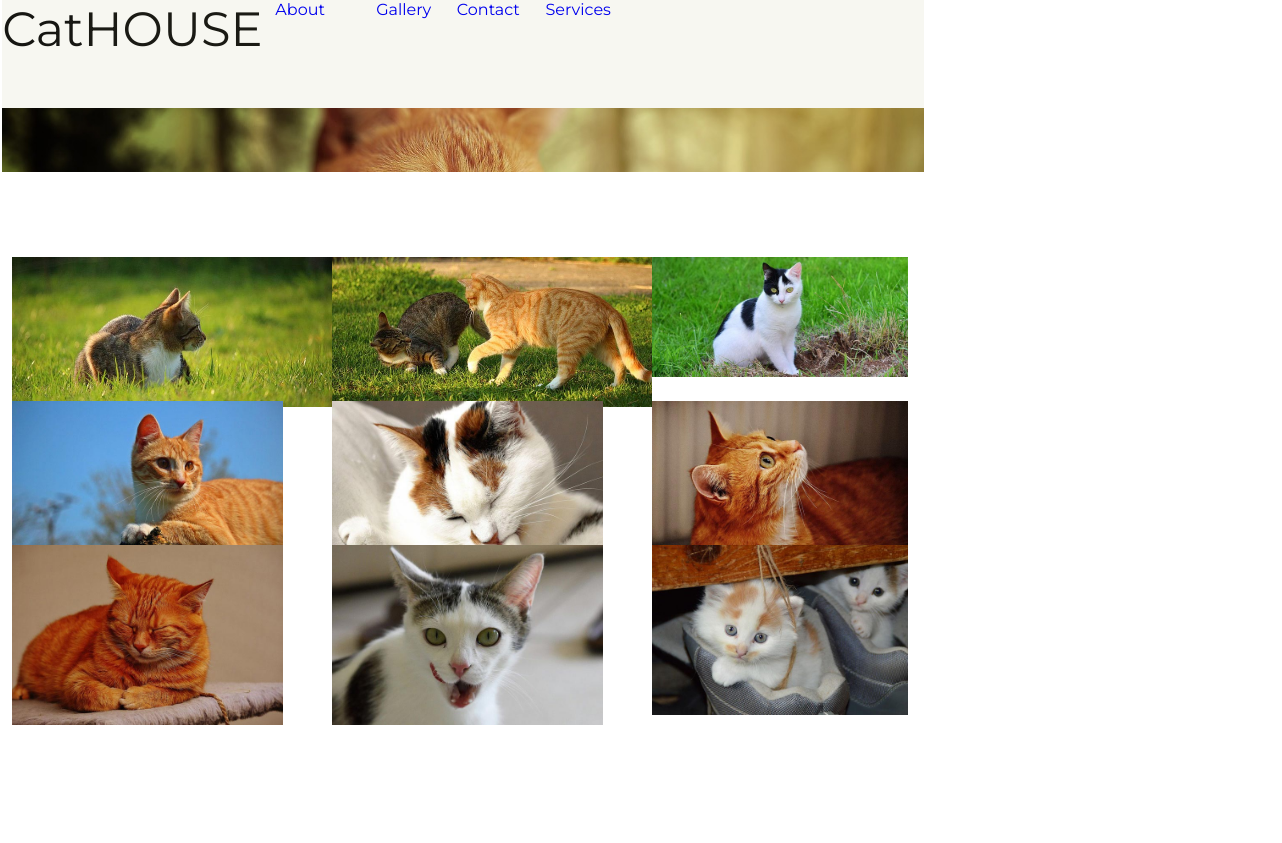
Repository: raul4264/final
Page: Gallery.html
An editor plug-in stored every save of this project. The page is shown before and after the next save, followed by the edit.
The browser window is 1280 px wide. The page is 1280 px wide, then 1282 px, so the pictures cover 1282 px, including what lies to the right of the window. The pictures show the whole page.

Above is the page before, as saved 2021-03-22 14:08:11.

After the next save:
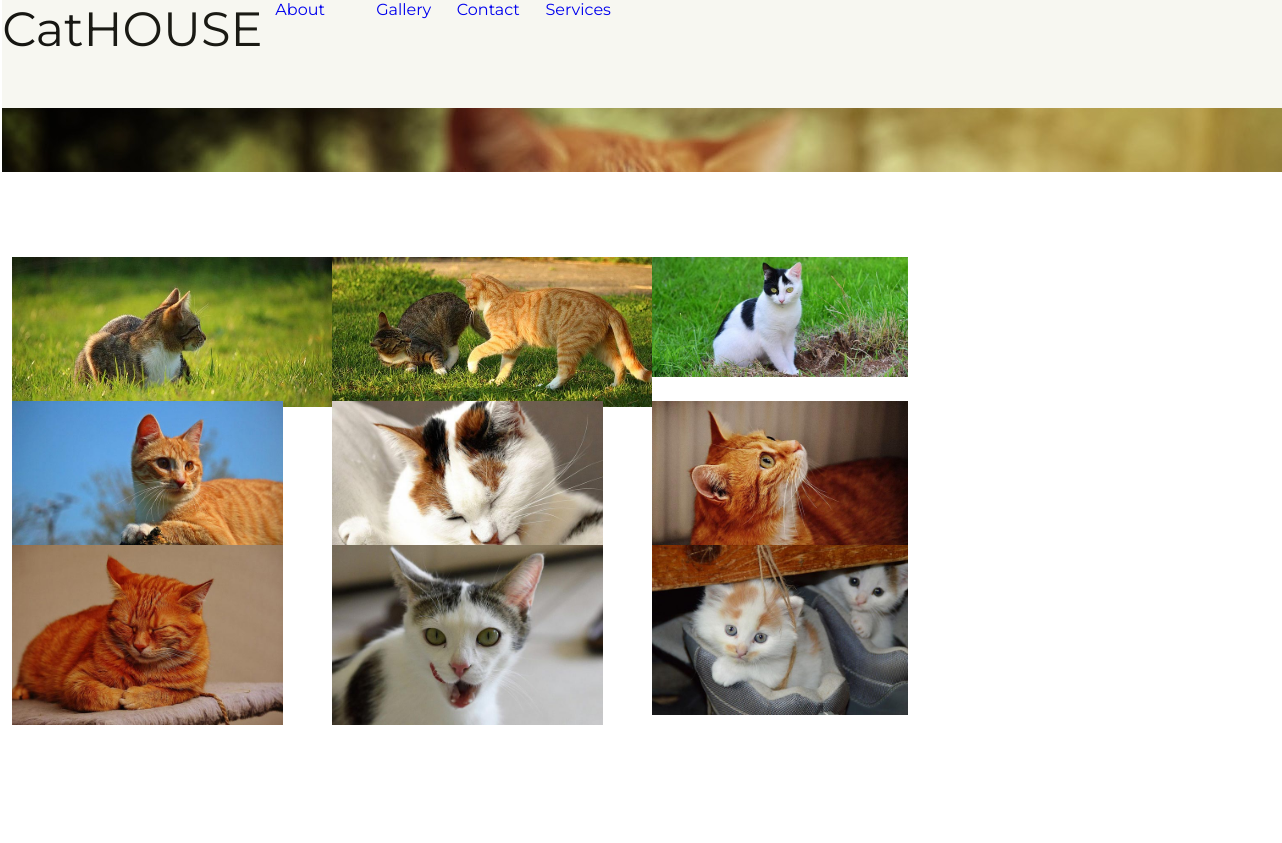
Saved 83 s later.
--- a/css/gallery.css
+++ b/css/gallery.css
@@ -14,7 +14,7 @@ body{
     background-size: cover;
     padding: 0em 0 4em;
     height: 100%;
-    width: 72vw;
+    width: 100vw;
 }
 
 #nav {
